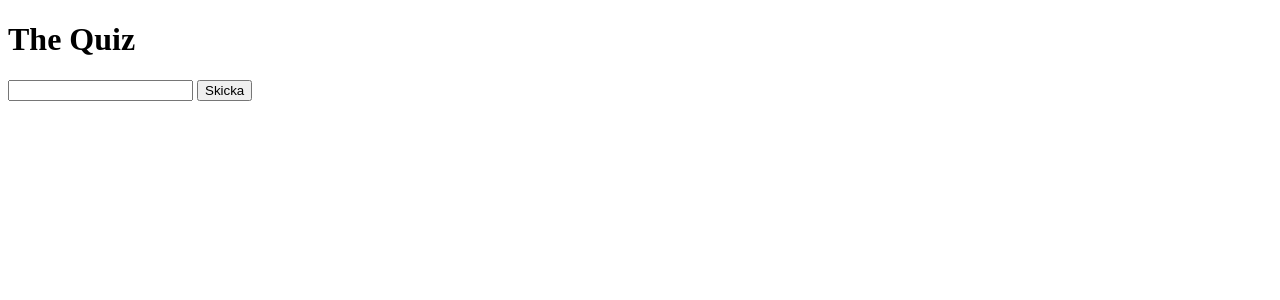
Repository: la222tc/la222tc-1dv403-Laborationer
Page: 4-thequiz/index.html
The author's editor kept a record of every edit. The page is drawn from the files as they stood at one moment, then again after the next edit.
The browser window is 1280 px wide. The pictures show the whole page.
The page's requests for data from a server got no answer.

Above is the page before.

### 4-thequiz/index.html
<!DOCTYPE html>
<html lang="sv">
<head>
	<meta charset="UTF-8" />
 	<title>JavaScript - Laboration 4 - TheQuiz</title>
</head>
    <body>

        <div id="content">
           <h1>The Quiz</h1>
           <p id="Question"></p>
           <input type="text" id="answer"/>
           <input type="button" id="button" value="Skicka"/>
           <p id="wrongAnswer"></p>
        </div>

        <script type="text/javascript" src="js/quiz.js"></script>
    </body>
</html>

### 4-thequiz/js/quiz.js
"use strict";

    var quiz = {

    url: "http://vhost3.lnu.se:20080/question/1",
    xhr: new XMLHttpRequest(),
    div: document.getElementById("content"),
    answer: document.getElementById("answer"),
    submit: document.getElementById("button"),
    wrongAnswer: document.getElementById("wrongAnswer"),
    textBox: document.getElementById("answer"),
    pers: null,
    numberOfTries: 0,
    array: [],

    init: function () {

        quiz.submit.addEventListener("click", function (e) {
            e.preventDefault();
            quiz.sendQuestion(quiz.answer.value, quiz.pers.nextURL);
        });

        quiz.textBox.addEventListener("keypress", function (e) {
            console.log(e.keycode);
            if (e.keycode === 13) {
            e.preventDefault();
            quiz.sendQuestion(quiz.answer.value, quiz.pers.nextURL);
            }
        });

        quiz.displayQuestion(quiz.url);
    },

    displayQuestion: function (url) {
        quiz.wrongAnswer.innerHTML = "";
        quiz.xhr.onreadystatechange = function(){

           if (quiz.xhr.readyState === 4) {
               if (quiz.xhr.status == 200 || quiz.xhr.status == 304) {

                    quiz.pers = JSON.parse(quiz.xhr.responseText);
                    console.log(quiz.pers.question);
                    var p = document.getElementById("Question");
                    p.innerHTML = quiz.pers.question;

               }


           }
       };

        quiz.xhr.open("GET", url, true);
        quiz.xhr.send(null);
    },

    sendQuestion: function (answer, url) {

        var xhr2 = new XMLHttpRequest();


        xhr2.onreadystatechange = function(){

           if (xhr2.readyState === 4) {
               var pers = JSON.parse(xhr2.responseText);
               console.log(pers);

               if (pers.message === "Correct answer!") {
                    quiz.displayQuestion(pers.nextURL);
                    quiz.array.push(quiz.numberOfTries);
                    quiz.numberOfTries = 0;

                   if (pers.nextURL === undefined) {
                       quiz.wrongAnswer.innerHTML = "Quizen avklarad";
                       quiz.showResult();
                   }
               }

               else {
                   quiz.wrongAnswer.innerHTML = "Fel Svar, försök igen";
                   quiz.numberOfTries += 1;
               }

           }
       };

        xhr2.open('POST', url, true);
        xhr2.setRequestHeader('Content-Type', 'application/json');

        var theAnswer = {answer: answer};
        console.log(theAnswer);

        xhr2.send(JSON.stringify(theAnswer));

    },

    showResult: function () {


        for (var i = 1; i < quiz.array.length + 1; i++) {
            var result = document.createElement("p");
            quiz.div.appendChild(result);
            result.innerHTML = "Fråga " + i + " behövde du " + quiz.array[i - 1] + " försök att klara.";
        }
    }

};

window.onload = quiz.init;

### 4-thequiz/css/quiz.css
#content {
    width:100px;
    border:1px solid black;
}

After the next edit:
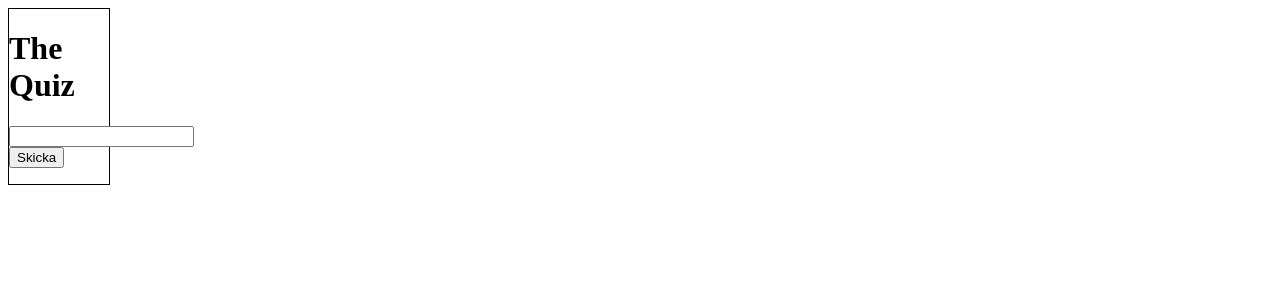
The edit:
--- a/4-thequiz/index.html
+++ b/4-thequiz/index.html
@@ -3,6 +3,7 @@
 <head>
 	<meta charset="UTF-8" />
  	<title>JavaScript - Laboration 4 - TheQuiz</title>
+ 	<link rel="stylesheet" href="css/quiz.css" type="text/css" />
 </head>
     <body>
 
